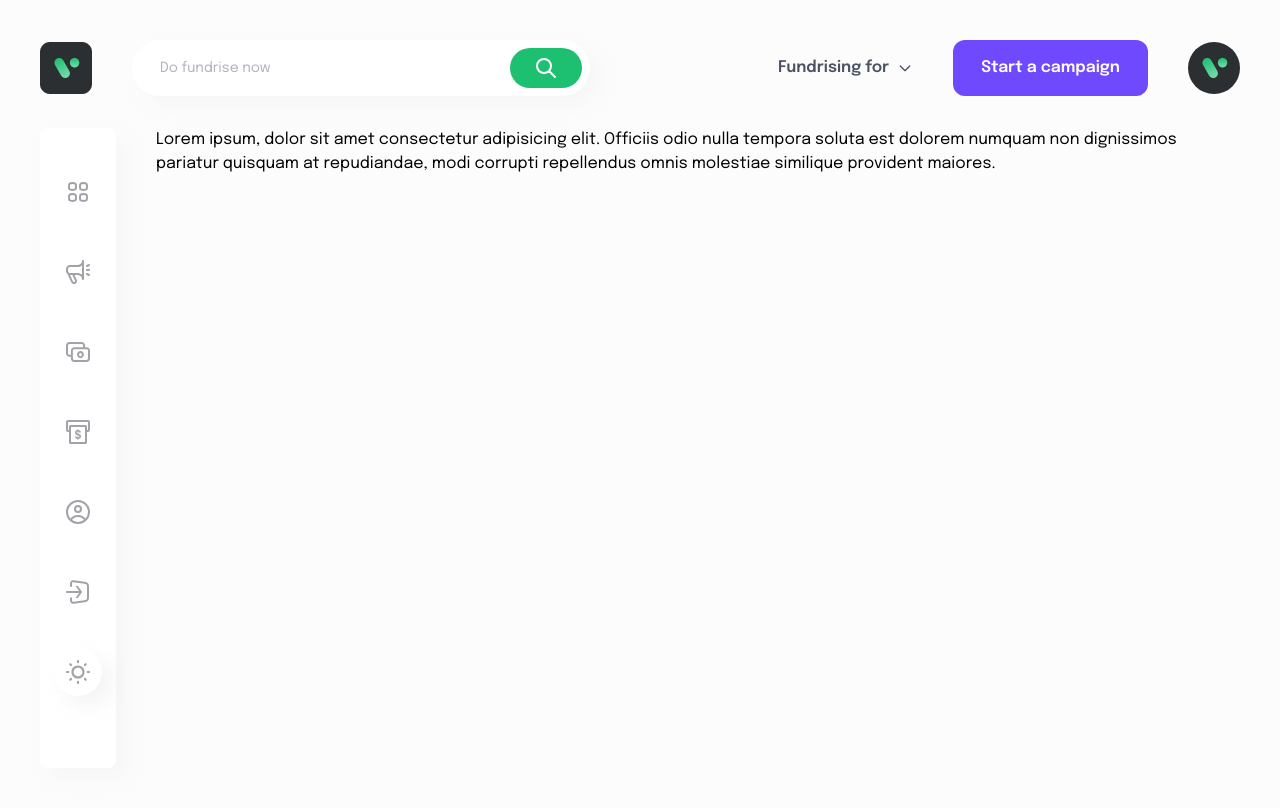
Repository: hoang0508/CrowFunding-APP
Page: /
These files come from the project's save history. The page is drawn as it stood at one moment and after the next save; the edit follows.
The browser window is 1280 px wide. The pictures show the whole page.
The project was rebuilt for these pictures with package versions that can differ from the ones it lists, and the page was loaded fresh each time. Also part of the build but not shown: src/components/icons/IconEyeToggle.js, src/components/common/ErrorComponent.js, src/components/button/ButtonGoogle.js. Imported but missing from the stored project, and not drawn on this page: src/store/reducers.

Above is the page before, as saved 2022-07-22 16:06:14.

After the next save:
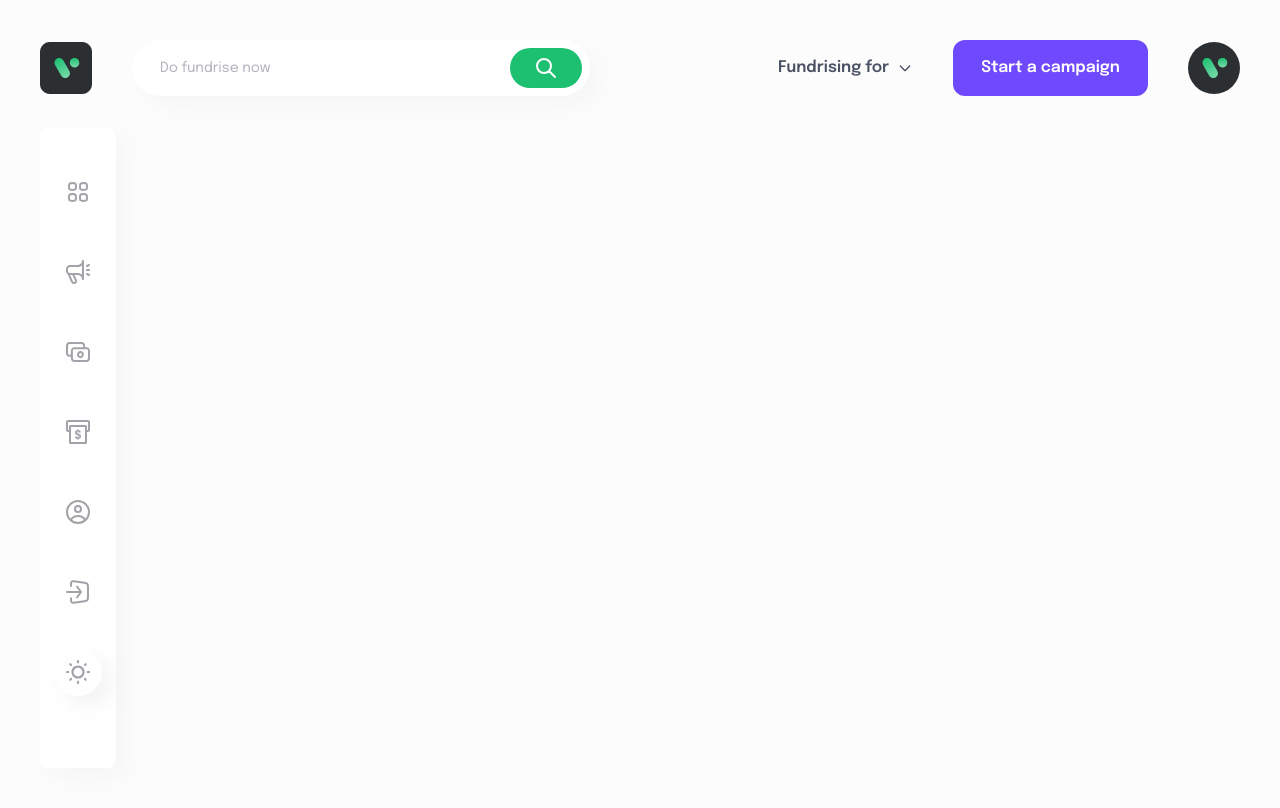
Saved 2 min 25 s later.
--- a/src/pages/DashboardPage.js
+++ b/src/pages/DashboardPage.js
@@ -1,13 +1,11 @@
+import Heading from "components/common/Heading";
 import LayoutDashboard from "layout/LayoutDashboard";
 import React from "react";
 
 const DashboardPage = () => {
   return (
     <LayoutDashboard>
-      Lorem ipsum, dolor sit amet consectetur adipisicing elit. Officiis odio
-      nulla tempora soluta est dolorem numquam non dignissimos pariatur quisquam
-      at repudiandae, modi corrupti repellendus omnis molestiae similique
-      provident maiores.
+      <Heading></Heading>
     </LayoutDashboard>
   );
 };
